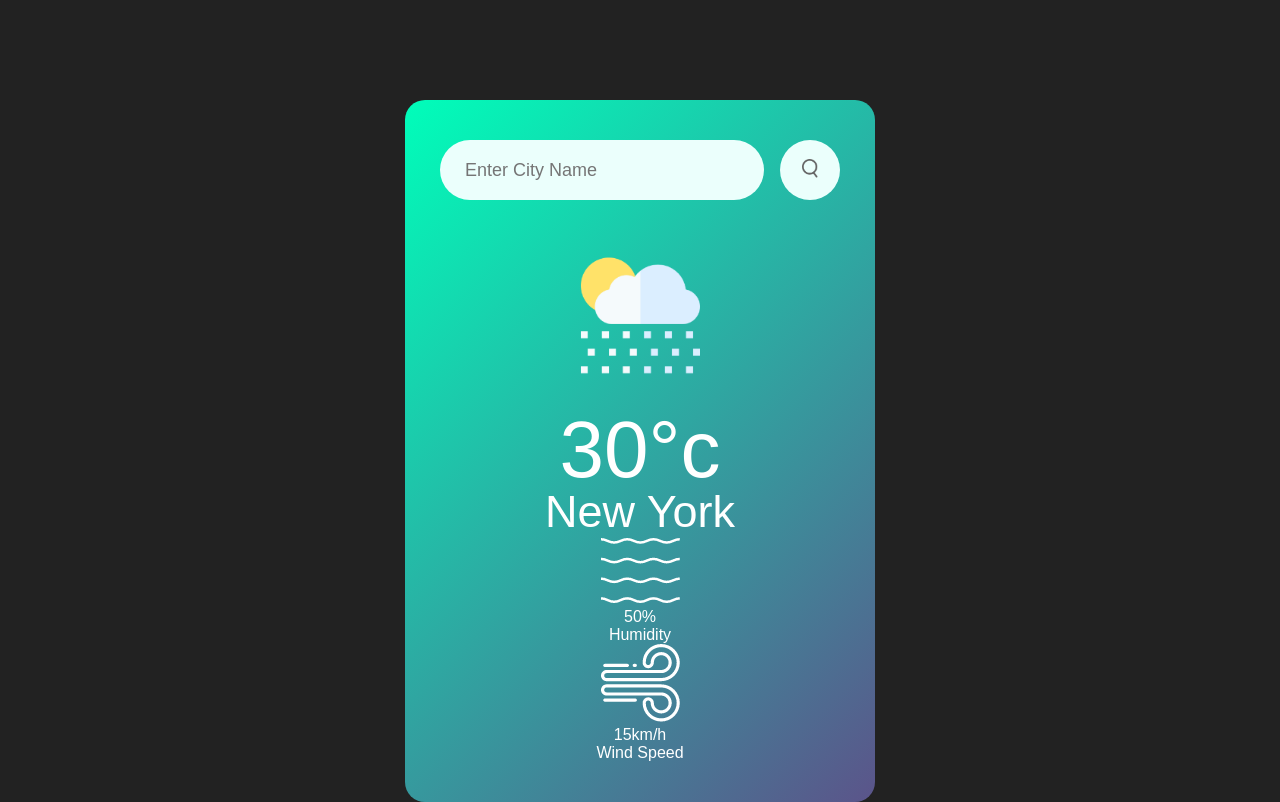
Repository: dubeprince/WeatherApp-Project
Page: WeatherApp/index.html
These files come from the project's save history. The page is drawn as it stood at one moment and after the next save; the edit follows.
The browser window is 1280 px wide. The pictures show the whole page.

Above is the page before, as saved 2023-05-26 11:17:28.

### WeatherApp/index.html
<!DOCTYPE html>
<html lang="en">
<head>
    <meta charset="UTF-8">
    <meta http-equiv="X-UA-Compatible" content="IE=edge">
    <meta name="viewport" content="width=device-width, initial-scale=1.0">
    <title>Weather App</title>
    <link rel = "stylesheet" href = "style.css">
</head>
<body>

    <div class="card">
        <div class="search">
            <input type="text" placeholder="Enter City Name" spellcheck="false">
            <button><img src="images/search.png" alt=""></button>
        </div>
        <div class="weather">
            <img src="images/rain.png" class="weather-icon">
            <h1 class="temp">30°c</h1>
            <h2 class="city">New York</h2>
            <div class="details">
                <div class="col">
                    <img src="images/humidity.png" >
                    <div>
                        <p class="humidity">50%</p>
                        <p>Humidity</p>
                    </div>
                </div>
                <div class="col">
                    <img src="images/wind.png" >
                    <div>
                        <p class="wind">15km/h</p>
                        <p>Wind Speed</p>
                    </div>
                </div>
            </div>
        </div>
    </div>

</body>
</html>

### WeatherApp/style.css
*{
    margin : 0;
    padding: 0;
    font-family: 'Poppins', sans-serif;
    box-sizing: border-box;

}
body{
    background: #222;
}
.card{
    width: 90%;
    max-width: 470px;
    background: linear-gradient(135deg, #00feba, #5b548a);
    color: #fff; /* white */
    margin: 100px auto 0;
    border-radius: 20px;
    padding: 40px 35px;
    text-align: center;

}
.search{
    width: 100%;
    display: flex;
    align-items: center;
    justify-content: space-between;
}
.search input{
    border: 0;
    outline: 0;
    background: #ebfffc;
    color: #555;
    padding: 10px 25px;
    height: 60px;
    border-radius: 30px;
    flex: 1;
    margin-right: 16px;
    font-size: 18px;
}
.search button{
    border: 0;
    outline: 0;
    border-radius: 50%;
    background: #ebfffc;
    width: 60px;
    height: 60px;
    cursor: pointer;

}
.search button img{
    width: 16px;

}
.weather-icon{
    width: 170px;
    margin-top: 30px;
}
.weather h1{
    font-size: 80px;
    font-weight: 500;
}
.weather h2{
    font-weight: 400;
    font-size: 45px;
    margin-top: -10px;
}

After the next save:
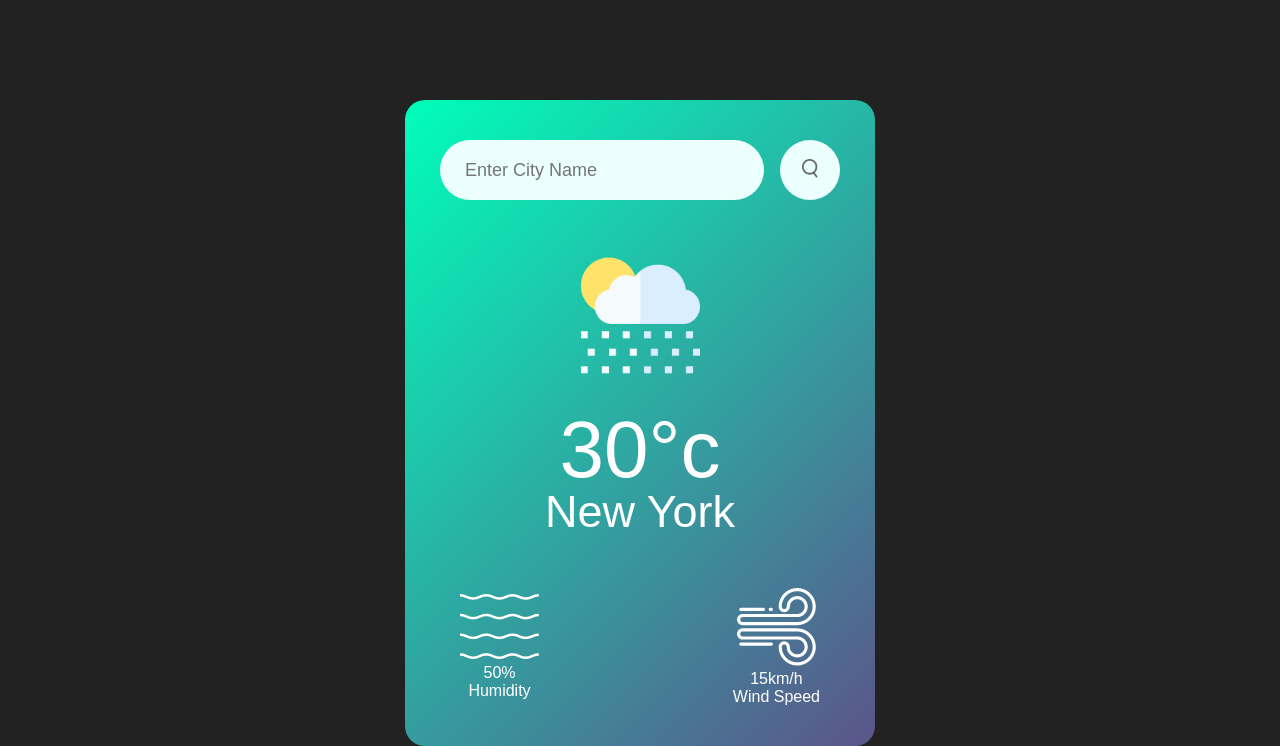
Saved 2 min 3 s later.
--- a/WeatherApp/style.css
+++ b/WeatherApp/style.css
@@ -64,3 +64,10 @@ body{
     font-size: 45px;
     margin-top: -10px;
 }
+.details{
+    display: flex;
+    align-items: center;
+    justify-content: space-between;
+    padding: 0 20px;
+    margin-top: 50px;
+}
